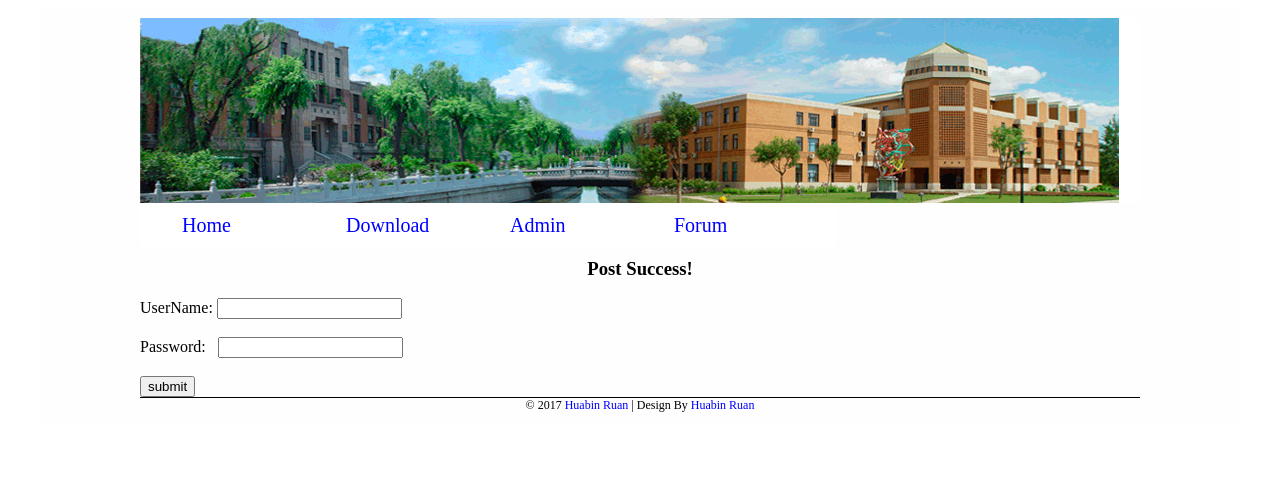
Repository: ruanhuabin/LifeSoftwareWebSite
Page: http://localhost/CryoEM/admin_login.jsp
An editor plug-in stored every save of this project. The page is shown before and after the next save, followed by the edit.
The browser window is 1280 px wide. The pictures show the whole page.
The page is served by Tomcat 9. Nobody is signed in. The application's start-up code is not run.

Above is the page before, as saved 2017-08-08 09:24:42.

After the next save:
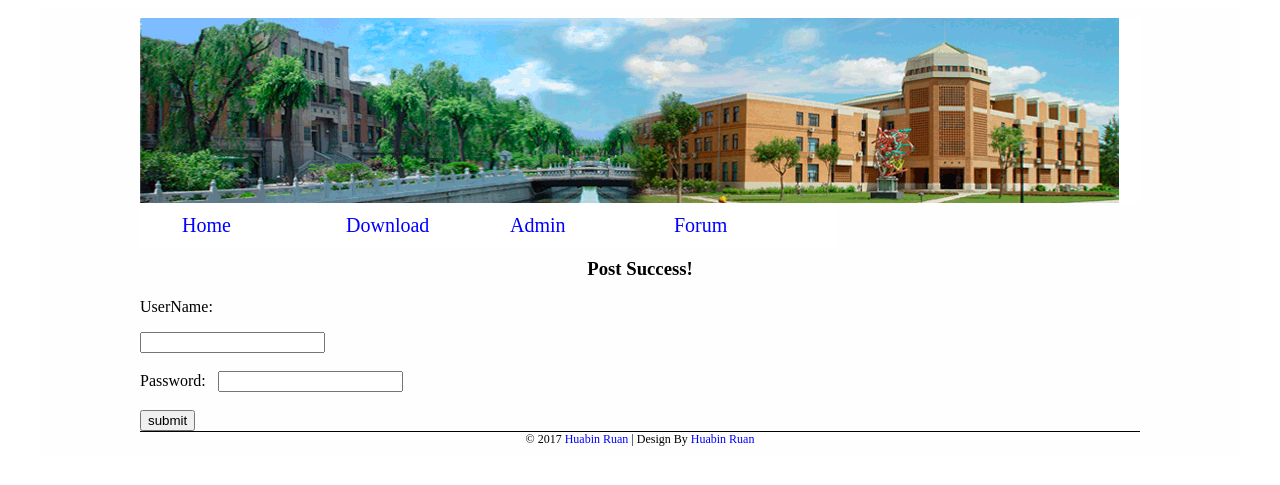
Saved 93 s later.
--- a/CryoEM/WebRoot/admin_login.jsp
+++ b/CryoEM/WebRoot/admin_login.jsp
@@ -49,7 +49,7 @@ String basePath = request.getScheme()+"://"+request.getServerName()+":"+request.
 	<form action="post/Admin_adminLogin.action"	enctype="multipart/form-data" method="post" style="" title="" id="" class="">
 
 
-	  UserName: <input type="text" name="username"/>
+	  <p>UserName:</p> <input type="text" name="username"/>
 	  <br />
 	  <br />
 	  Password:&nbsp;&nbsp; <input type="password" name="password"/>
